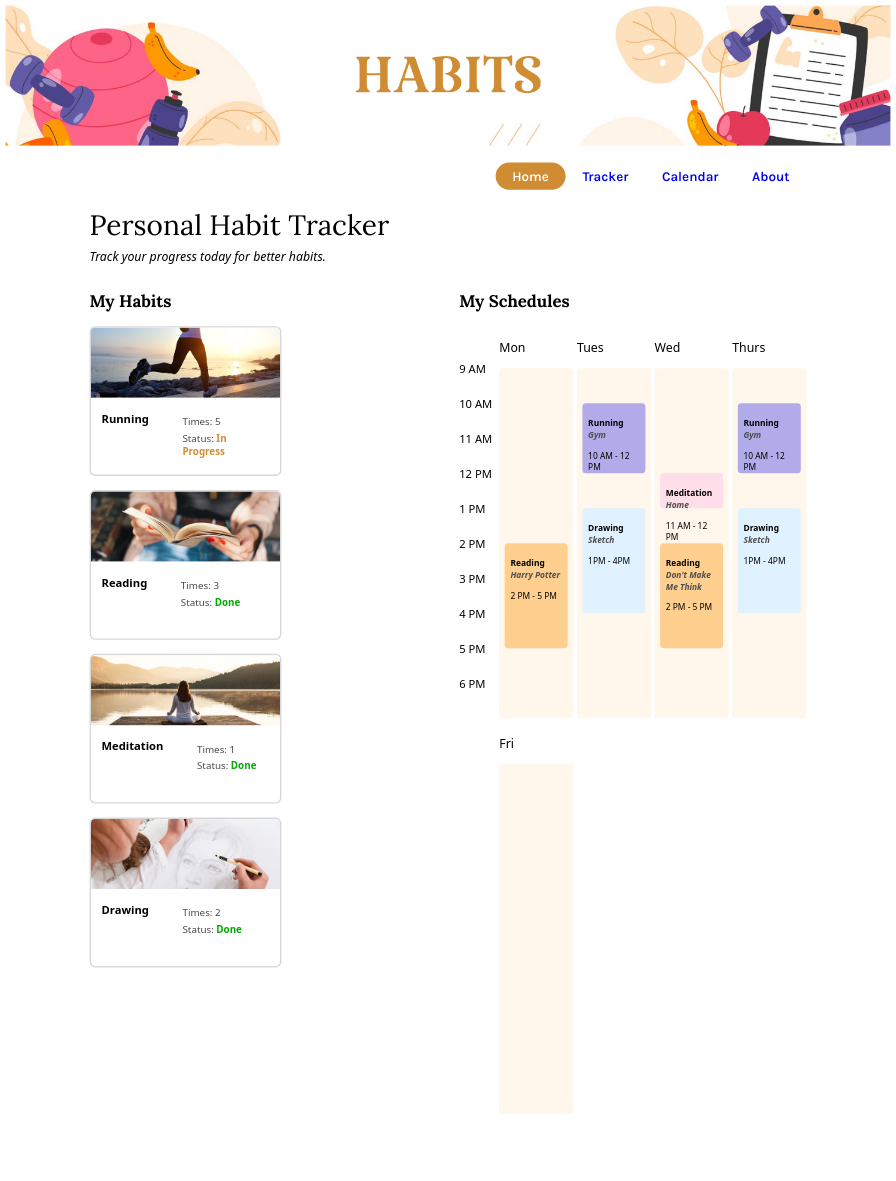
Repository: SandyLy453/habit-tracker
Page: http://localhost/
These files come from the project's save history. The page is drawn as it stood at one moment and after the next save; the edit follows.
The browser window is 1280 px wide. The pictures show the whole page, at 70% of full size.
The page is served by the project's Node server (server.js).

Above is the page before, as saved 2025-03-14 20:25:52.

After the next save:
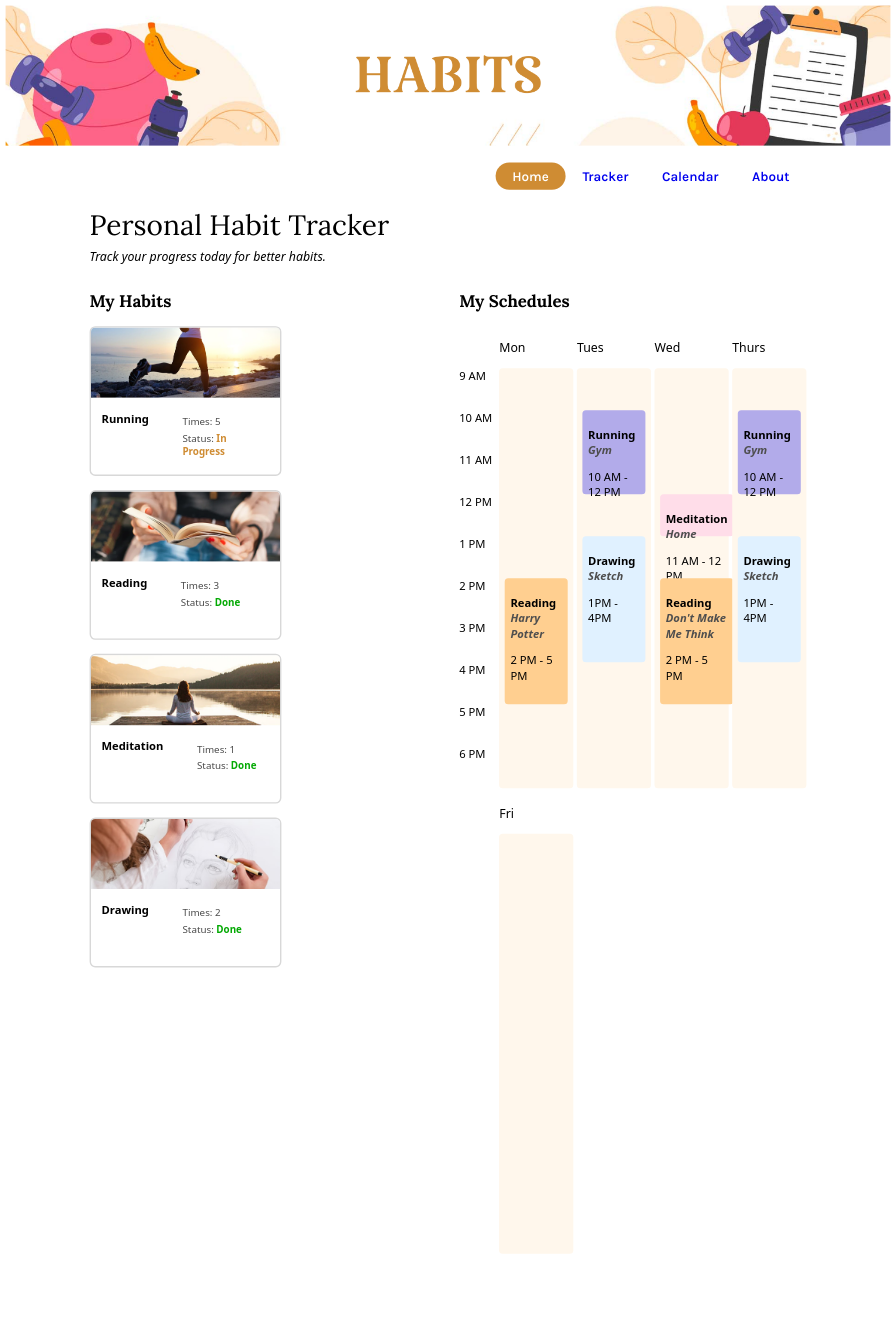
Saved 28 s later.
--- a/public/styles.css
+++ b/public/styles.css
@@ -20,7 +20,7 @@
 
     --numDays: 5;
     --numHours: 10;
-    --timeHeight: 50px;
+    --timeHeight: 60px;
 }
 
 body {
@@ -252,9 +252,9 @@ input, button {
     background: white;
 }
 
-.events p {
-    font-size: 12px;
-}
+/* .events p {
+    font-size: 13px;
+} */
 
 .space,
 .date {
